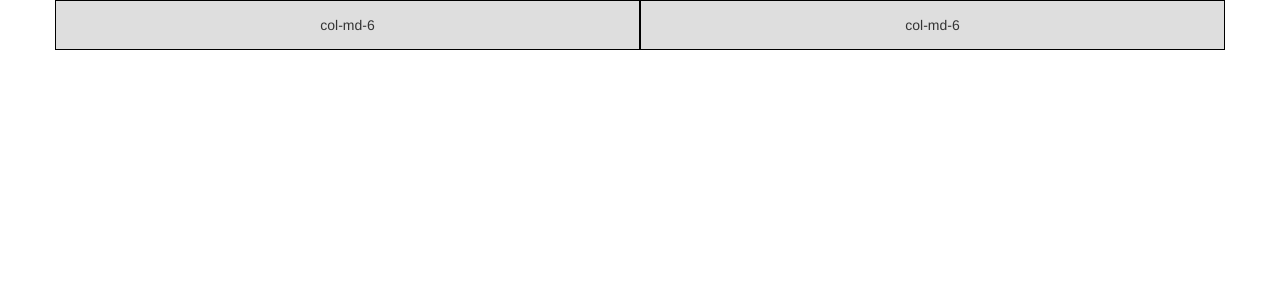
Repository: risayoshinaga/kadai-monolist
Page: bootstrap_lesson10.html
The author's editor kept a record of every edit. The page is drawn from the files as they stood at one moment, then again after the next edit.
The browser window is 1280 px wide. The pictures show the whole page.

Above is the page before.

### bootstrap_lesson10.html
<!DOCTYPE html>
<html>
    <head>
        <meta charset="utf-8">
        <meta http-equiv="X-UA-Compatible" content="IE=edge">
        <meta name="viewport" content="width=device-width, initial-scale=1">

        <title>Bootstrap Template</title>

        <!-- Bootstrap CSS-->
        <link rel="stylesheet" href="https://maxcdn.bootstrapcdn.com/bootstrap/3.3.7/css/bootstrap.min.css">
        <!-- jQuery -->
        <script src="https://ajax.googleapis.com/ajax/libs/jquery/1.12.4/jquery.min.js"></script>
        <!-- Bootstrap JavaScript-->
        <script src="https://maxcdn.bootstrapcdn.com/bootstrap/3.3.7/js/bootstrap.min.js"></script>

        <style>
            .row div {
                border: 1px solid #000;
                padding: 1em;
                text-align: center;
                background-color: #dedede;
            }
        </style>
    </head>
    <body>
        <div class="container">
            <div class="row">
                <div class="col-md-6">col-md-6</div>
                <div class="col-md-6">col-md-6</div>
            </div>
        </div>
    </body>
</html>

### bootstrap_lesson10.css
body {
  background-color: #000;
}

@media (min-width: 500px) {
    /* style applied if window's width is 500px or more */
    body {
        background-color: #f00;
    }
}

@media (min-width: 750px) {
    /* style applied if window's width is 750px or more */
    body {
        background-color: #0f0;
    }
}

@media (min-width: 1000px) {
    /* style applied if window's width is 1000px or more */
    body {
        background-color: #00f;
    }
}

After the next edit:
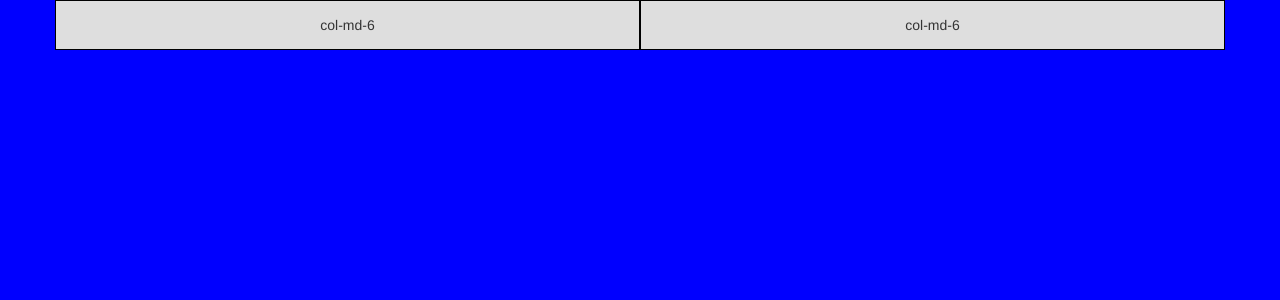
The edit:
--- a/bootstrap_lesson10.html
+++ b/bootstrap_lesson10.html
@@ -10,6 +10,7 @@
         <!-- Bootstrap CSS-->
         <link rel="stylesheet" href="https://maxcdn.bootstrapcdn.com/bootstrap/3.3.7/css/bootstrap.min.css">
         <!-- jQuery -->
+        <link rel="stylesheet" href="bootstrap_lesson10.css">
         <script src="https://ajax.googleapis.com/ajax/libs/jquery/1.12.4/jquery.min.js"></script>
         <!-- Bootstrap JavaScript-->
         <script src="https://maxcdn.bootstrapcdn.com/bootstrap/3.3.7/js/bootstrap.min.js"></script>
